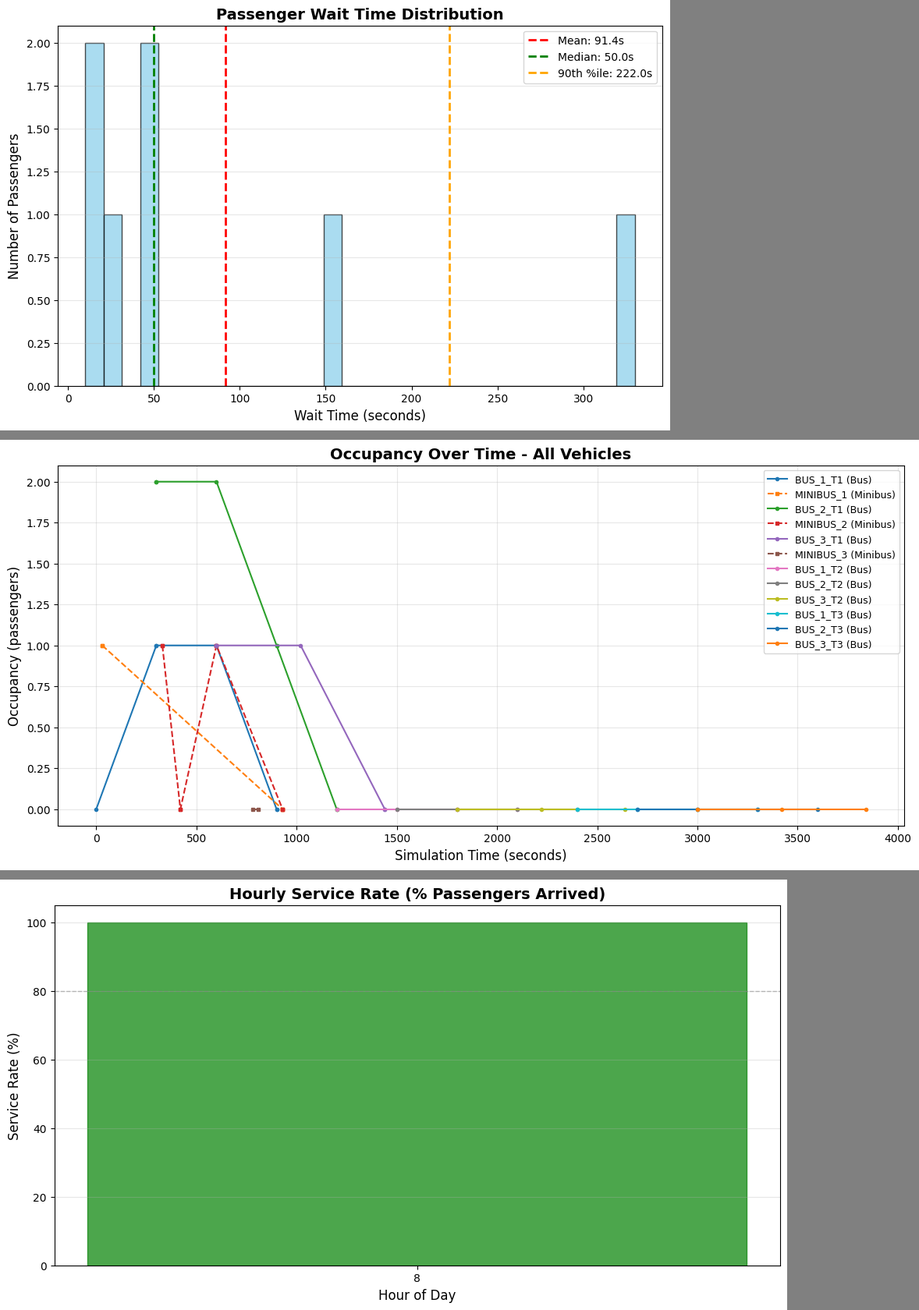
Repository: Jingren-Tang/Minibus_simulation
Script's output: python main.py
These files come from the project's save history. The script's output is drawn as it stood at one moment and after the next save; the edit follows.
The pictures are shown at 78% of full size.
Each picture stacks the figures in order, with grey between them; figures that are only written to a file come last. Random numbers start from a fixed seed. It also reads mockdata/travel_time_matrix.npy.

Above is the script's output before, as saved 2025-12-07 22:07:40.

After the next save:
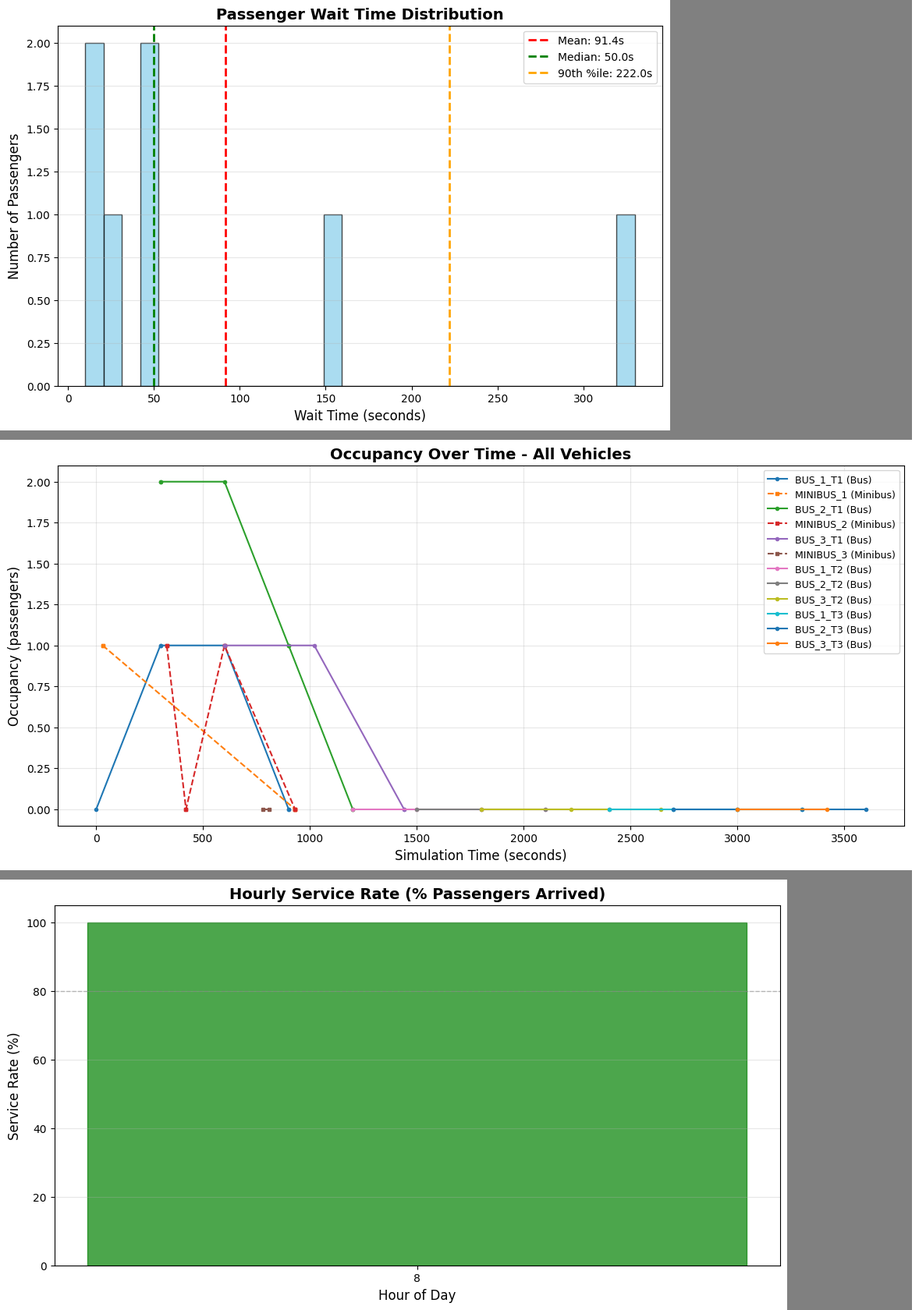
Saved 35 s later.
--- a/config.py
+++ b/config.py
@@ -18,7 +18,7 @@ from typing import Dict, Any
 SIMULATION_START_TIME = "8:00:00"
 
 # Simulation end time in HH:MM:SS format
-SIMULATION_END_TIME = "10:00:00"
+SIMULATION_END_TIME = "9:00:00"
 
 # Simulation date in YYYY-MM-DD format
 SIMULATION_DATE = "2024-07-25"
